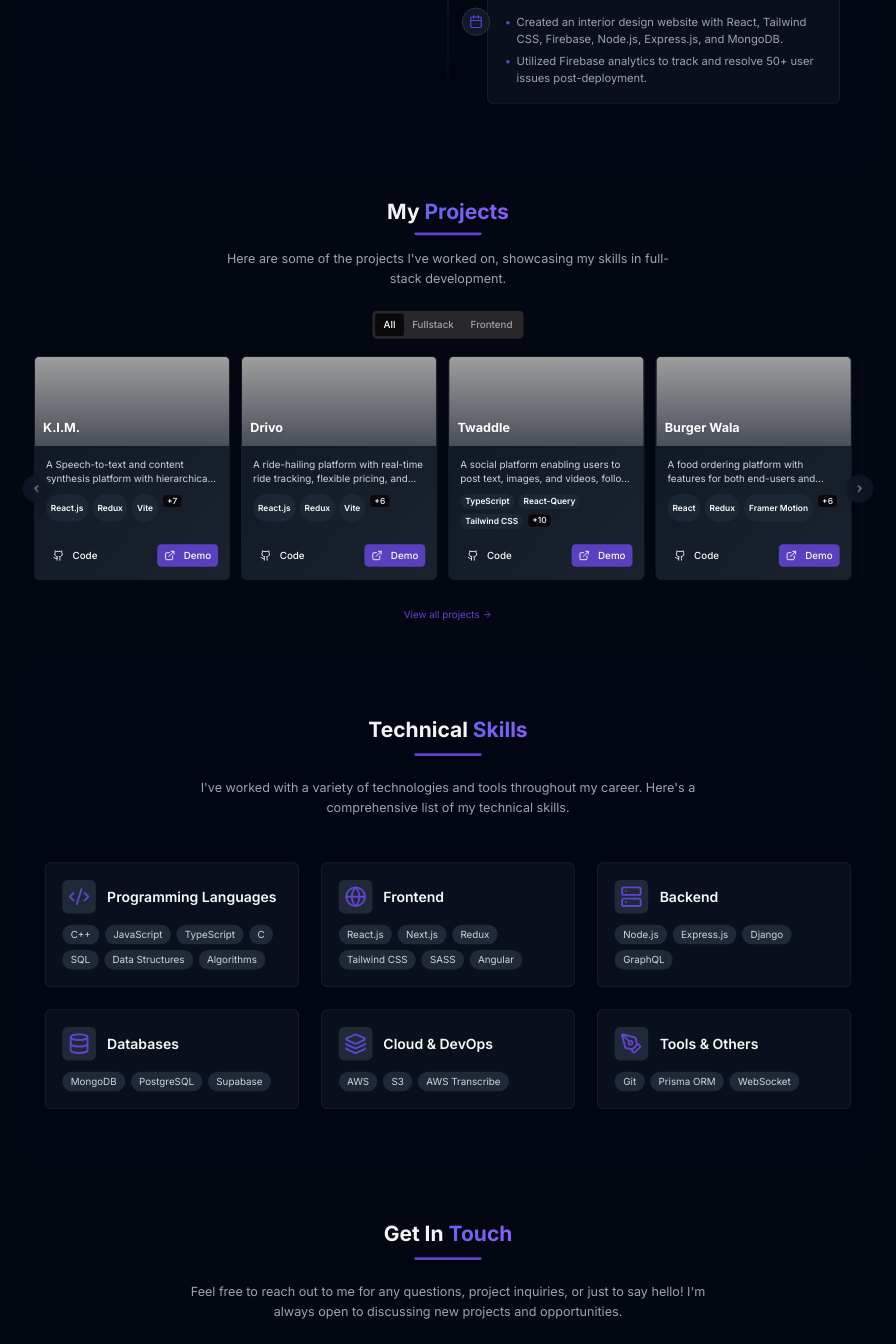
Repository: NoobCoderY/Yash
Page: /
The author's editor kept a copy of each file at every save. The page is drawn from the files as they stood at one save, then again after a run of saves.
The browser window is 1280 px wide. The pictures show the part of the page from y = 2690 to 4610 px (the page is 5480 px tall before and 5408 px after), at 70% of full size.
Pictures or frames that could not be fetched are drawn as grey boxes. The project was rebuilt for these pictures with package versions that can differ from the ones it lists, and the page was loaded fresh each time. The framework's server and built-in components were replaced by stand-ins that run in the browser. Also part of the build but not shown: next.config.mjs, app/actions/send-email.ts.

Above is the page before, as saved 2025-04-13 10:18:16.

### app/layout.tsx
import type React from "react"
import "./globals.css"
import type { Metadata } from "next"
import { Inter } from "next/font/google"
import { ThemeProvider } from "@/components/theme-provider"

const inter = Inter({ subsets: ["latin"] })

export const metadata: Metadata = {
  title: "Yash Diwaker | Full Stack Developer",
  description: "Portfolio of Yash Diwaker, Full Stack Developer specializing in MERN stack and AWS",
    generator: 'v0.dev'
}

export default function RootLayout({
  children,
}: Readonly<{
  children: React.ReactNode
}>) {
  return (
    <html lang="en" suppressHydrationWarning>
      <body className={inter.className}>
        <ThemeProvider attribute="class" defaultTheme="dark" enableSystem disableTransitionOnChange>
          {children}
        </ThemeProvider>
      </body>
    </html>
  )
}


import './globals.css'

### app/page.tsx
import Hero from "@/components/hero"
import Navbar from "@/components/navbar"
import About from "@/components/about"
import Experience from "@/components/experience"
import Projects from "@/components/projects"
import Skills from "@/components/skills"
import Contact from "@/components/contact"
import Footer from "@/components/footer"

export default function Home() {
  return (
    <div className="min-h-screen bg-gray-950 text-gray-100">
      <Navbar />
      <main className="container mx-auto px-4 sm:px-6 lg:px-8">
        <Hero />
        <About />
        <Experience />
        <Projects />
        <Skills />
        <Contact />
      </main>
      <Footer />
    </div>
  )
}

### components/projects.tsx
'use client';

import { useState, useRef } from 'react';
import { motion } from 'framer-motion';
import { useInView } from 'framer-motion';
import { Card, CardContent } from '@/components/ui/card';
import { Badge } from '@/components/ui/badge';
import { Button } from '@/components/ui/button';
import { Tabs, TabsContent, TabsList, TabsTrigger } from '@/components/ui/tabs';
import {
  ExternalLink,
  Github,
  ChevronLeft,
  ChevronRight,
  ArrowRight,
} from 'lucide-react';
import Link from 'next/link';
import {
  Popover,
  PopoverContent,
  PopoverTrigger,
} from '@/components/ui/popover';

export default function Projects() {
  const ref = useRef(null);
  const carouselRef = useRef<HTMLDivElement>(null);
  const isInView = useInView(ref, { once: true, margin: '-100px' });
  const [activeTab, setActiveTab] = useState('all');

  const projects = [
    {
      title: 'K.I.M.',
      description:
        'A Speech-to-text and content synthesis platform with hierarchical management of companies, departments, and projects.',
      image: '/placeholder.svg?height=300&width=500',
      tags: [
        'React.js',
        'Redux',
        'Vite',
        'Django',
        'AWS Transcribe',
        'PostgreSQL',
        'Mistral AI',
        'FFMPEG',
        'Mailjet',
        'AWS S3',
      ],
      category: 'fullstack',
      github: '#',
      demo: '#',
    },
    {
      title: 'Drivo',
      description:
        'A ride-hailing platform with real-time ride tracking, flexible pricing, and geolocation services using WebSocket and Google Maps API.',
      image: '/placeholder.svg?height=300&width=500',
      tags: [
        'React.js',
        'Redux',
        'Vite',
        'Node.js',
        'Express.js',
        'WebSocket',
        'MongoDB',
        'Google Maps API',
        'Tailwind CSS',
      ],
      category: 'fullstack',
      github: '#',
      demo: '#',
    },
    {
      title: 'Twaddle',
      description:
        'A social platform enabling users to post text, images, and videos, follow others, and view personalized feeds using GraphQL and Prisma ORM.',
      image: '/placeholder.svg?height=300&width=500',
      tags: [
        'TypeScript',
        'React-Query',
        'Tailwind CSS',
        'Next.js',
        'AWS',
        'JSON Web Tokens',
        'Prisma ORM',
        'Google OAuth',
        'GraphQL',
        'Node.js',
        'Supabase',
        'PostgreSQL',
        'Codegen',
      ],
      category: 'fullstack',
      github: '#',
      demo: '#',
    },
    {
      title: 'Burger Wala',
      description:
        'A food ordering platform with features for both end-users and admins, including online payment integration with Razorpay.',
      image: '/placeholder.svg?height=300&width=500',
      tags: [
        'React',
        'Redux',
        'Framer Motion',
        'Express.js',
        'Node.js',
        'MongoDB',
        'Passport.js',
        'Razorpay',
        'Chart.js',
      ],
      category: 'fullstack',
      github: '#',
      demo: '#',
    },
    {
      title: 'Crypto Tracker',
      description:
        'A React-based cryptocurrency tracking application featuring live data charts, favorite coin management, and real-time price updates.',
      image: '/placeholder.svg?height=300&width=500',
      tags: [
        'React.js',
        'Redux',
        'Chart.js',
        'CoinGecko API',
        'Axios',
        'Tailwind CSS',
        'React Query',
        'LocalStorage',
        'Vite',
        'Framer Motion',
      ],
      category: 'frontend',
      github: '#',
      demo: '#',
    },
    {
      title: 'E-Commerce Admin Dashboard',
      description:
        'A comprehensive admin dashboard for managing e-commerce orders, products, and customer data with sales analytics.',
      image: '/placeholder.svg?height=300&width=500',
      tags: [
        'MongoDB',
        'Express.js',
        'React.js',
        'Node.js',
        'Redux',
        'Chart.js',
        'JWT Authentication',
        'Mongoose',
        'Tailwind CSS',
        'Axios',
        'React Table',
      ],
      category: 'fullstack',
      github: '#',
      demo: '#',
    },
    {
      title: 'Quiz Application',
      description:
        'An interactive quiz platform allowing users to create, share, and participate in quizzes across various categories.',
      image: '/placeholder.svg?height=300&width=500',
      tags: [
        'MongoDB',
        'Express.js',
        'React.js',
        'Node.js',
        'Redux',
        'Socket.io',
        'JWT Authentication',
        'Mongoose',
        'Tailwind CSS',
        'React Hook Form',
      ],
      category: 'fullstack',
      github: '#',
      demo: '#',
    },
  ];

  // Get unique categories
  const categories = [
    'all',
    ...new Set(projects.map((project) => project.category)),
  ];

  // Filter projects based on active tab
  const filteredProjects =
    activeTab === 'all'
      ? projects
      : projects.filter((project) => project.category === activeTab);

  const scroll = (direction: 'left' | 'right') => {
    if (carouselRef.current) {
      const { current } = carouselRef;
      const scrollAmount =
        direction === 'left' ? -current.clientWidth : current.clientWidth;
      current.scrollBy({ left: scrollAmount, behavior: 'smooth' });
    }
  };

  const cardVariants = {
    hidden: { opacity: 0, y: 20 },
    visible: (i: number) => ({
      opacity: 1,
      y: 0,
      transition: {
        delay: 0.05 * i,
        duration: 0.4,
      },
    }),
  };

  return (
    <section
      id='projects'
      className='pt-10 pb-8 overflow-hidden'
    >
      <div className='container mx-auto px-4'>
        <motion.div
          initial={{ opacity: 0, y: 20 }}
          animate={isInView ? { opacity: 1, y: 0 } : { opacity: 0, y: 20 }}
          transition={{ duration: 0.5 }}
          ref={ref}
          className='text-center mb-8'
        >
          <h2 className='text-3xl font-bold mb-3'>
            My <span className='gradient-text'>Projects</span>
          </h2>
          <div className='w-24 h-1 bg-primary mx-auto mb-5 rounded-full'></div>
          <p className='text-lg text-gray-400 max-w-2xl mx-auto'>
            Here are some of the projects I've worked on, showcasing my skills
            in full-stack development.
          </p>
        </motion.div>

        <Tabs
          defaultValue='all'
          value={activeTab}
          onValueChange={setActiveTab}
          className='mb-6'
        >
          <div className='flex justify-center mb-6'>
            <TabsList>
              {categories.map((category) => (
                <TabsTrigger
                  key={category}
                  value={category}
                  className='capitalize'
                >
                  {category}
                </TabsTrigger>
              ))}
            </TabsList>
          </div>

          <TabsContent
            value={activeTab}
            className='mt-0 relative'
          >
            <div className='absolute -left-4 top-1/2 -translate-y-1/2 z-10'>
              <Button
                variant='ghost'
                size='icon'
                className='rounded-full bg-gray-900/80 backdrop-blur-sm hover:bg-gray-800 shadow-lg'
                onClick={() => scroll('left')}
              >
                <ChevronLeft className='h-5 w-5' />
                <span className='sr-only'>Scroll left</span>
              </Button>
            </div>

            <div
              ref={carouselRef}
              className='flex overflow-x-auto gap-4 pb-4 snap-x snap-mandatory hide-scrollbar'
              style={{ scrollbarWidth: 'none', msOverflowStyle: 'none' }}
            >
              {filteredProjects.map((project, i) => (
                <motion.div
                  key={i}
                  custom={i}
                  variants={cardVariants}
                  initial='hidden'
                  animate={isInView ? 'visible' : 'hidden'}
                  className='min-w-[280px] max-w-[280px] snap-start'
                >
                  <Card className='h-[320px] bg-gradient-to-br from-gray-900/90 to-gray-800/80 border-gray-800 hover:border-primary/40 transition-all duration-300 overflow-hidden group relative'>
                    <div className='absolute inset-0 bg-gradient-to-br from-primary/10 to-purple-900/10 opacity-0 group-hover:opacity-100 transition-opacity duration-500'></div>

                    <div className='relative h-32 overflow-hidden'>
                      <img
                        src={project.image || '/placeholder.svg'}
                        alt={project.title}
                        className='w-full h-full object-cover transition-transform duration-700 group-hover:scale-110'
                      />
                      <div className='absolute inset-0 bg-gradient-to-t from-gray-900 to-transparent opacity-60'></div>
                      <div className='absolute bottom-0 left-0 w-full p-3'>
                        <h3 className='text-lg font-bold text-white drop-shadow-md'>
                          {project.title}
                        </h3>
                      </div>
                    </div>

                    <CardContent className='p-4 flex flex-col h-[188px]'>
                      <p className='text-gray-300 text-sm mb-3 line-clamp-2 h-10'>
                        {project.description}
                      </p>

                      <div className='flex flex-wrap gap-1.5 h-[40px]'>
                        {project.tags.slice(0, 3).map((tag, index) => (
                          <Badge
                            key={index}
                            variant='secondary'
                            className='text-xs px-1.5 py-0.5 bg-gray-800/80'
                          >
                            {tag}
                          </Badge>
                        ))}
                        {project.tags.length > 3 && (
                          <Popover>
                            <PopoverTrigger asChild>
                              <Button
                                variant='outline'
                                size='sm'
                                className='h-5 text-xs px-1.5 py-0'
                              >
                                +{project.tags.length - 3}
                              </Button>
                            </PopoverTrigger>
                            <PopoverContent className='w-auto p-2 bg-gray-900 border-gray-800'>
                              <div className='flex flex-wrap gap-1.5 max-w-[250px]'>
                                {project.tags.slice(3).map((tag, index) => (
                                  <Badge
                                    key={index}
                                    variant='secondary'
                                    className='text-xs px-1.5 py-0.5 bg-gray-800/80'
                                  >
                                    {tag}
                                  </Badge>
                                ))}
                              </div>
                            </PopoverContent>
                          </Popover>
                        )}
                      </div>

                      <div className='flex justify-between mt-auto'>
                        <Link
                          href={project.github}
                          target='_blank'
                          rel='noopener noreferrer'
                        >
                          <Button
                            variant='ghost'
                            size='sm'
                            className='h-8 px-2.5'
                          >
                            <Github className='h-3.5 w-3.5 mr-1' />
                            Code
                          </Button>
                        </Link>
                        <Link
                          href={project.demo}
                          target='_blank'
                          rel='noopener noreferrer'
                        >
                          <Button
                            size='sm'
                            className='h-8 px-2.5 bg-primary/90 hover:bg-primary'
                          >
                            <ExternalLink className='h-3.5 w-3.5 mr-1' />
                            Demo
                          </Button>
                        </Link>
                      </div>
                    </CardContent>

                    <div className='absolute inset-0 bg-gradient-to-t from-black to-transparent opacity-0 group-hover:opacity-20 transition-opacity duration-300 pointer-events-none'></div>
                  </Card>
                </motion.div>
              ))}
            </div>

            <div className='absolute -right-4 top-1/2 -translate-y-1/2 z-10'>
              <Button
                variant='ghost'
                size='icon'
                className='rounded-full bg-gray-900/80 backdrop-blur-sm hover:bg-gray-800 shadow-lg'
                onClick={() => scroll('right')}
              >
                <ChevronRight className='h-5 w-5' />
                <span className='sr-only'>Scroll right</span>
              </Button>
            </div>

            <div className='flex justify-center mt-6'>
              <Link
                href='#'
                className='group inline-flex items-center text-sm text-primary hover:text-primary/80 transition-colors'
              >
                View all projects
                <ArrowRight className='ml-1 h-3.5 w-3.5 transition-transform group-hover:translate-x-0.5' />
              </Link>
            </div>
          </TabsContent>
        </Tabs>
      </div>
    </section>
  );
}

### components/ui/card.tsx
import * as React from "react"

import { cn } from "@/lib/utils"

const Card = React.forwardRef<
  HTMLDivElement,
  React.HTMLAttributes<HTMLDivElement>
>(({ className, ...props }, ref) => (
  <div
    ref={ref}
    className={cn(
      "rounded-lg border bg-card text-card-foreground shadow-sm",
      className
    )}
    {...props}
  />
))
Card.displayName = "Card"

const CardHeader = React.forwardRef<
  HTMLDivElement,
  React.HTMLAttributes<HTMLDivElement>
>(({ className, ...props }, ref) => (
  <div
    ref={ref}
    className={cn("flex flex-col space-y-1.5 p-6", className)}
    {...props}
  />
))
CardHeader.displayName = "CardHeader"

const CardTitle = React.forwardRef<
  HTMLDivElement,
  React.HTMLAttributes<HTMLDivElement>
>(({ className, ...props }, ref) => (
  <div
    ref={ref}
    className={cn(
      "text-2xl font-semibold leading-none tracking-tight",
      className
    )}
    {...props}
  />
))
CardTitle.displayName = "CardTitle"

const CardDescription = React.forwardRef<
  HTMLDivElement,
  React.HTMLAttributes<HTMLDivElement>
>(({ className, ...props }, ref) => (
  <div
    ref={ref}
    className={cn("text-sm text-muted-foreground", className)}
    {...props}
  />
))
CardDescription.displayName = "CardDescription"

const CardContent = React.forwardRef<
  HTMLDivElement,
  React.HTMLAttributes<HTMLDivElement>
>(({ className, ...props }, ref) => (
  <div ref={ref} className={cn("p-6 pt-0", className)} {...props} />
))
CardContent.displayName = "CardContent"

const CardFooter = React.forwardRef<
  HTMLDivElement,
  React.HTMLAttributes<HTMLDivElement>
>(({ className, ...props }, ref) => (
  <div
    ref={ref}
    className={cn("flex items-center p-6 pt-0", className)}
    {...props}
  />
))
CardFooter.displayName = "CardFooter"

export { Card, CardHeader, CardFooter, CardTitle, CardDescription, CardContent }

### components/ui/badge.tsx
import * as React from "react"
import { cva, type VariantProps } from "class-variance-authority"

import { cn } from "@/lib/utils"

const badgeVariants = cva(
  "inline-flex items-center rounded-full border px-2.5 py-0.5 text-xs font-semibold transition-colors focus:outline-none focus:ring-2 focus:ring-ring focus:ring-offset-2",
  {
    variants: {
      variant: {
        default:
          "border-transparent bg-primary text-primary-foreground hover:bg-primary/80",
        secondary:
          "border-transparent bg-secondary text-secondary-foreground hover:bg-secondary/80",
        destructive:
          "border-transparent bg-destructive text-destructive-foreground hover:bg-destructive/80",
        outline: "text-foreground",
      },
    },
    defaultVariants: {
      variant: "default",
    },
  }
)

export interface BadgeProps
  extends React.HTMLAttributes<HTMLDivElement>,
    VariantProps<typeof badgeVariants> {}

function Badge({ className, variant, ...props }: BadgeProps) {
  return (
    <div className={cn(badgeVariants({ variant }), className)} {...props} />
  )
}

export { Badge, badgeVariants }

### components/ui/tabs.tsx
"use client"

import * as React from "react"
import * as TabsPrimitive from "@radix-ui/react-tabs"

import { cn } from "@/lib/utils"

const Tabs = TabsPrimitive.Root

const TabsList = React.forwardRef<
  React.ElementRef<typeof TabsPrimitive.List>,
  React.ComponentPropsWithoutRef<typeof TabsPrimitive.List>
>(({ className, ...props }, ref) => (
  <TabsPrimitive.List
    ref={ref}
    className={cn(
      "inline-flex h-10 items-center justify-center rounded-md bg-muted p-1 text-muted-foreground",
      className
    )}
    {...props}
  />
))
TabsList.displayName = TabsPrimitive.List.displayName

const TabsTrigger = React.forwardRef<
  React.ElementRef<typeof TabsPrimitive.Trigger>,
  React.ComponentPropsWithoutRef<typeof TabsPrimitive.Trigger>
>(({ className, ...props }, ref) => (
  <TabsPrimitive.Trigger
    ref={ref}
    className={cn(
      "inline-flex items-center justify-center whitespace-nowrap rounded-sm px-3 py-1.5 text-sm font-medium ring-offset-background transition-all focus-visible:outline-none focus-visible:ring-2 focus-visible:ring-ring focus-visible:ring-offset-2 disabled:pointer-events-none disabled:opacity-50 data-[state=active]:bg-background data-[state=active]:text-foreground data-[state=active]:shadow-sm",
      className
    )}
    {...props}
  />
))
TabsTrigger.displayName = TabsPrimitive.Trigger.displayName

const TabsContent = React.forwardRef<
  React.ElementRef<typeof TabsPrimitive.Content>,
  React.ComponentPropsWithoutRef<typeof TabsPrimitive.Content>
>(({ className, ...props }, ref) => (
  <TabsPrimitive.Content
    ref={ref}
    className={cn(
      "mt-2 ring-offset-background focus-visible:outline-none focus-visible:ring-2 focus-visible:ring-ring focus-visible:ring-offset-2",
      className
    )}
    {...props}
  />
))
TabsContent.displayName = TabsPrimitive.Content.displayName

export { Tabs, TabsList, TabsTrigger, TabsContent }

### components/ui/popover.tsx
"use client"

import * as React from "react"
import * as PopoverPrimitive from "@radix-ui/react-popover"

import { cn } from "@/lib/utils"

const Popover = PopoverPrimitive.Root

const PopoverTrigger = PopoverPrimitive.Trigger

const PopoverContent = React.forwardRef<
  React.ElementRef<typeof PopoverPrimitive.Content>,
  React.ComponentPropsWithoutRef<typeof PopoverPrimitive.Content>
>(({ className, align = "center", sideOffset = 4, ...props }, ref) => (
  <PopoverPrimitive.Portal>
    <PopoverPrimitive.Content
      ref={ref}
      align={align}
      sideOffset={sideOffset}
      className={cn(
        "z-50 w-72 rounded-md border bg-popover p-4 text-popover-foreground shadow-md outline-none data-[state=open]:animate-in data-[state=closed]:animate-out data-[state=closed]:fade-out-0 data-[state=open]:fade-in-0 data-[state=closed]:zoom-out-95 data-[state=open]:zoom-in-95 data-[side=bottom]:slide-in-from-top-2 data-[side=left]:slide-in-from-right-2 data-[side=right]:slide-in-from-left-2 data-[side=top]:slide-in-from-bottom-2",
        className
      )}
      {...props}
    />
  </PopoverPrimitive.Portal>
))
PopoverContent.displayName = PopoverPrimitive.Content.displayName

export { Popover, PopoverTrigger, PopoverContent }

### components/ui/input.tsx
import * as React from "react"

import { cn } from "@/lib/utils"

const Input = React.forwardRef<HTMLInputElement, React.ComponentProps<"input">>(
  ({ className, type, ...props }, ref) => {
    return (
      <input
        type={type}
        className={cn(
          "flex h-10 w-full rounded-md border border-input bg-background px-3 py-2 text-base ring-offset-background file:border-0 file:bg-transparent file:text-sm file:font-medium file:text-foreground placeholder:text-muted-foreground focus-visible:outline-none focus-visible:ring-2 focus-visible:ring-ring focus-visible:ring-offset-2 disabled:cursor-not-allowed disabled:opacity-50 md:text-sm",
          className
        )}
        ref={ref}
        {...props}
      />
    )
  }
)
Input.displayName = "Input"

export { Input }

Loaded but not shown: components/theme-provider.tsx (common file); components/ui/textarea.tsx (common file); hooks/use-toast.ts (common file); lib/utils.ts (common file); tailwind.config.ts (common file); components/contact.tsx (244 lines, source omitted); components/hero.tsx (166 lines, source omitted); components/experience.tsx (114 lines, source omitted); components/skills.tsx (126 lines, source omitted); components/navbar.tsx (107 lines, source omitted); components/about.tsx (86 lines, source omitted); components/footer.tsx (79 lines, source omitted); app/globals.css (141 lines, source omitted); components/ui/button.tsx (56 lines, source omitted)

After the next 2 saves:
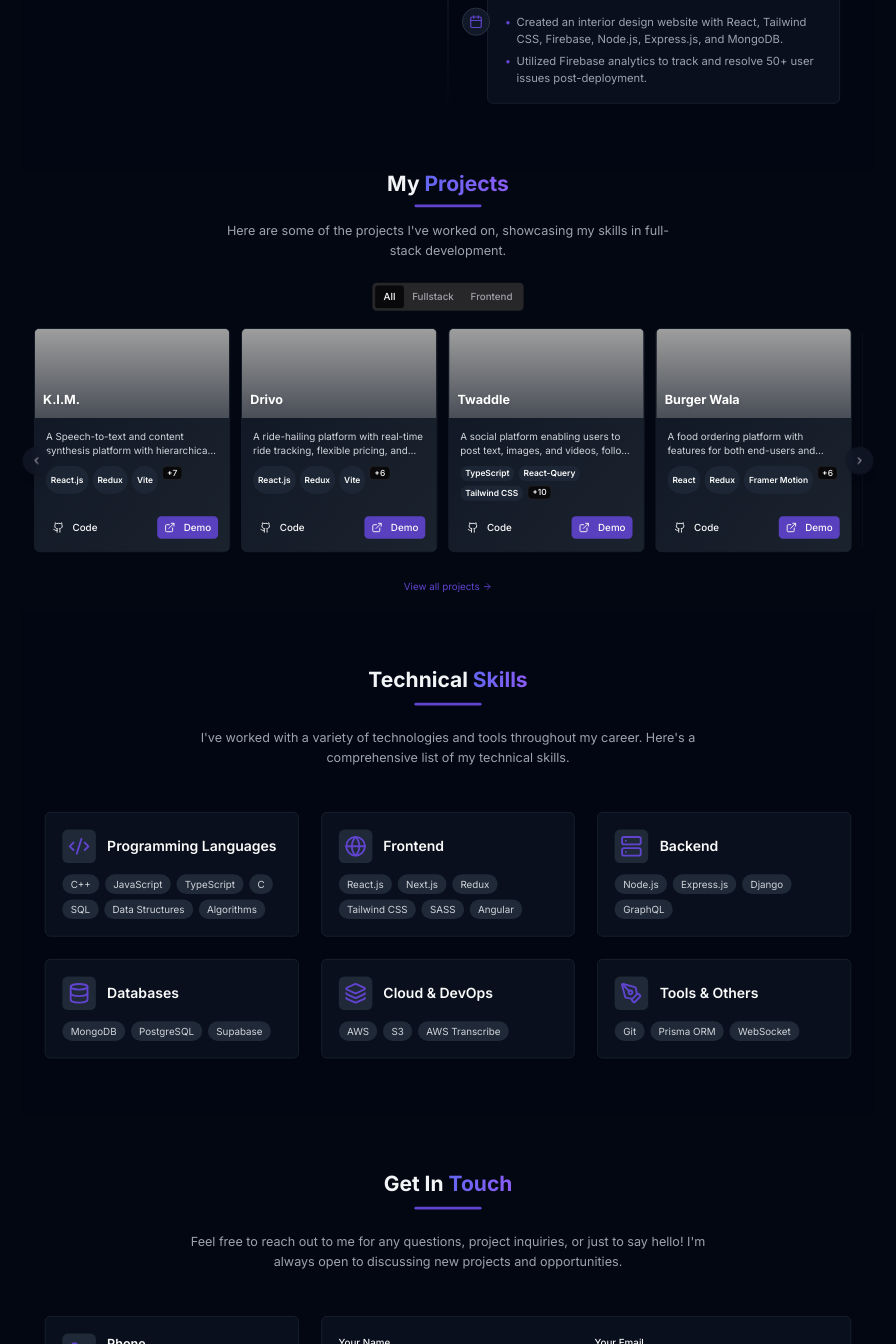
The 2 saves are shown as one change because they came seconds apart.
The last was saved 17 s later.
--- a/components/projects.tsx
+++ b/components/projects.tsx
@@ -215,7 +215,7 @@ export default function Projects() {
   return (
     <section
       id='projects'
-      className='pt-10 pb-8 overflow-hidden'
+      className=' overflow-hidden'
     >
       <div className='container mx-auto px-4'>
         <motion.div
